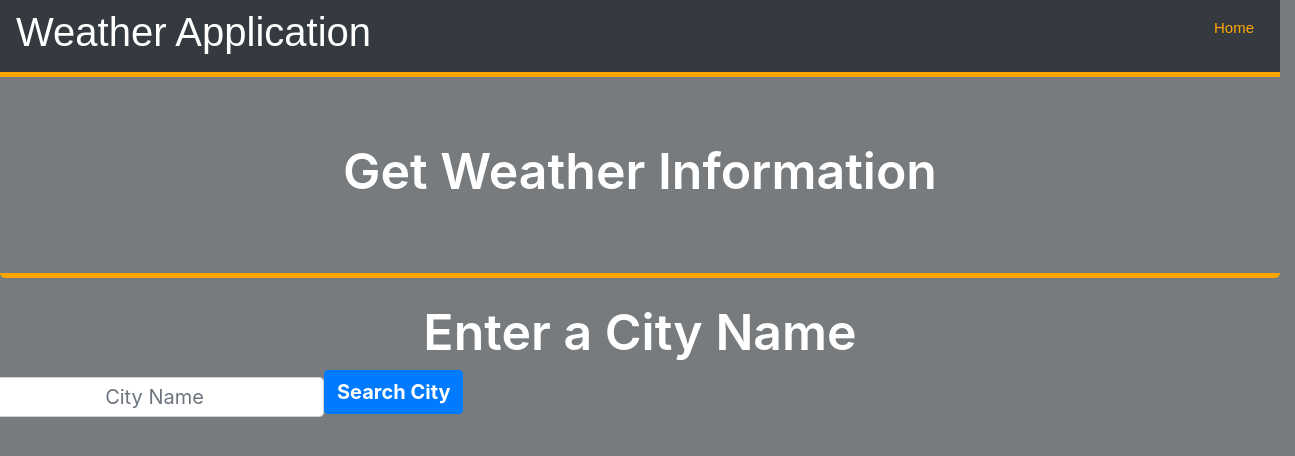
Repository: ElijahHallera/336-Internet-Prog
Page: cst336_s2020_Project3-master/cst336_s2020_Project3-master/index.html
The author's editor kept a record of every edit. The page is drawn from the files as they stood at one moment, then again after the next edit.
The browser window is 1280 px wide. The page is 1295 px wide, so the pictures cover 1295 px, including what lies to the right of the window. The pictures show the whole page.

Above is the page before.

After the next edit:
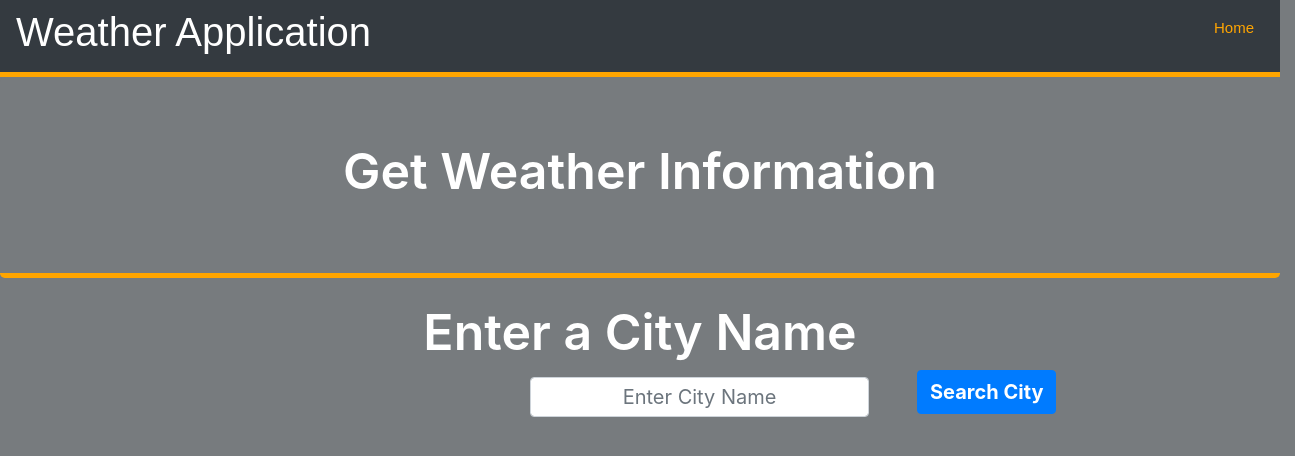
The edit:
--- a/cst336_s2020_Project3-master/cst336_s2020_Project3-master/index.html
+++ b/cst336_s2020_Project3-master/cst336_s2020_Project3-master/index.html
@@ -36,8 +36,11 @@
             </div>
 
             <div class = "row form-group form-inline">
-               <input type="text" name = "city" id = "city" class = "form-control" placeholder = "City Name">
-               <button id = "submitWeather" class="btn btn-primary">Search City</button>
+               &emsp;&emsp;&emsp;&emsp;&emsp;&emsp;&emsp;&emsp;&emsp;&emsp;&emsp;&emsp;
+               &emsp;&emsp;&emsp;&emsp;&emsp;&emsp;&emsp;&emsp;&emsp;&emsp;&emsp;&emsp;
+               &emsp;&emsp;&emsp;&emsp;&emsp;&emsp;&emsp;&emsp;&emsp;&ensp;
+               <input type="text" name = "city" id = "city" class = "form-control" placeholder = "Enter City Name">
+               &emsp;&emsp;&emsp;<button id = "submitWeather" class="btn btn-primary"> Search City </button>
             </div>
 
             </br>
